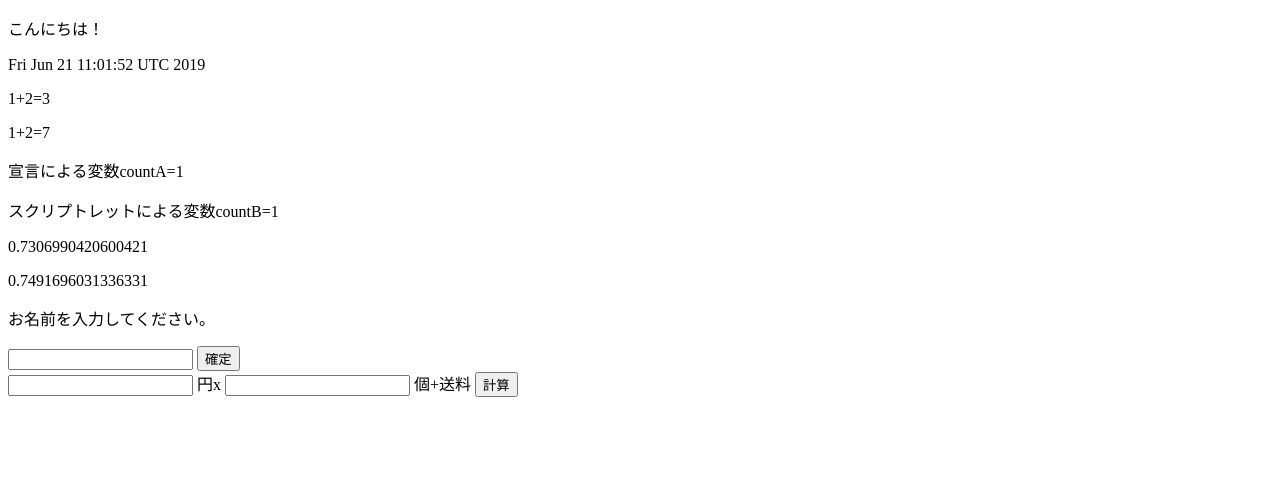
Repository: hosssar/test
Page: http://localhost/HelloJSP/
These files come from the project's save history. The page is drawn as it stood at one moment and after the next save; the edit follows.
The browser window is 1280 px wide. The pictures show the whole page.
The page is served by Tomcat 9.

Above is the page before, as saved 2019-07-01 10:17:44.

### HelloJSP/WebContent/index.jsp
<%@ page language="java" contentType="text/html; charsert=UTF-8" pageEncoding="UTF-8" %>
<!DOCTYPE html>
<html>
	<head>
		<meta charset="utf-8">
		<title>TEST</title>
	</head>
	<body>
		<p>こんにちは！</p>
		<% out.println(new java.util.Date()); %>

		<%!
			int add(int a, int b){
			return a+b;}
		%>

		<p>1+2=<%=add(1,2) %></p>
		<p>1+2=<%=add(3,4) %></p>

		<%! int countA=0; %>
		<%
		  int countB=0;
		  countA++;
		  countB++;
		 %>

		 <p>宣言による変数countA=<%=countA %></p>
		 <p>スクリプトレットによる変数countB=<%=countB %></p>

		 <p><% out.println(Math.random()); %></p>
		 <p><%=Math.random() %></p>

         <p>お名前を入力してください。</p>
         <form method="post" action="greeting-out.jsp">
	         <input type="text" name="user">
	         <input type="submit" value="確定">
         </form>

         <form method="post" action="tottal-out.jsp">
	         <input type="text" name="price">
	         円x
	         <input type="text" name="count">
	         個+送料
	         <input type="submit" value="計算">
         </form>
	</body>
</html>

After the next save:
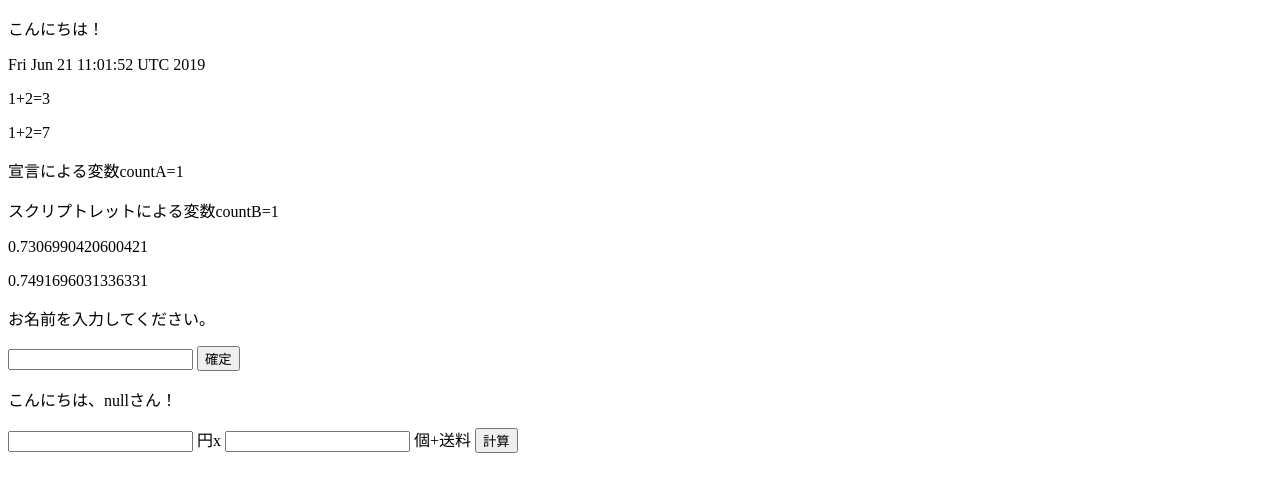
Saved 4 min 44 s later.
--- a/HelloJSP/WebContent/index.jsp
+++ b/HelloJSP/WebContent/index.jsp
@@ -35,8 +35,11 @@
 	         <input type="text" name="user">
 	         <input type="submit" value="確定">
          </form>
+         <% request.setCharacterEncoding("UTF-8"); %>
+         <p>こんにちは、<%=request.getParameter("user") %>さん！</p>
 
-         <form method="post" action="tottal-out.jsp">
+
+         <form method="post" action="total-out.jsp">
 	         <input type="text" name="price">
 	         円x
 	         <input type="text" name="count">
